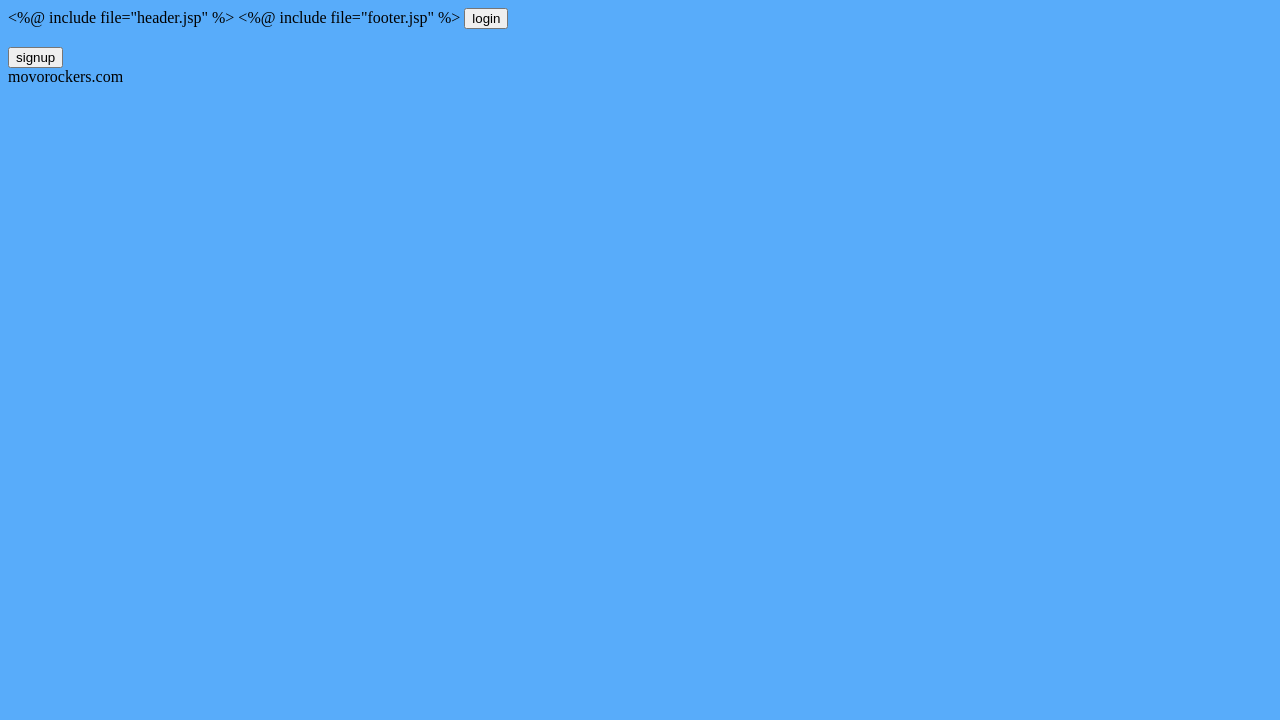
Repository: movitkr/testjava
Page: Properloginpage/WebContent/welcome.html
The author's editor kept a copy of each file at every save. The page is drawn from the files as they stood at one save, then again after the next save.
The browser window is 1280 px wide. The pictures show the whole page.

Above is the page before, as saved 2016-02-05 11:25:12.

After the next save:
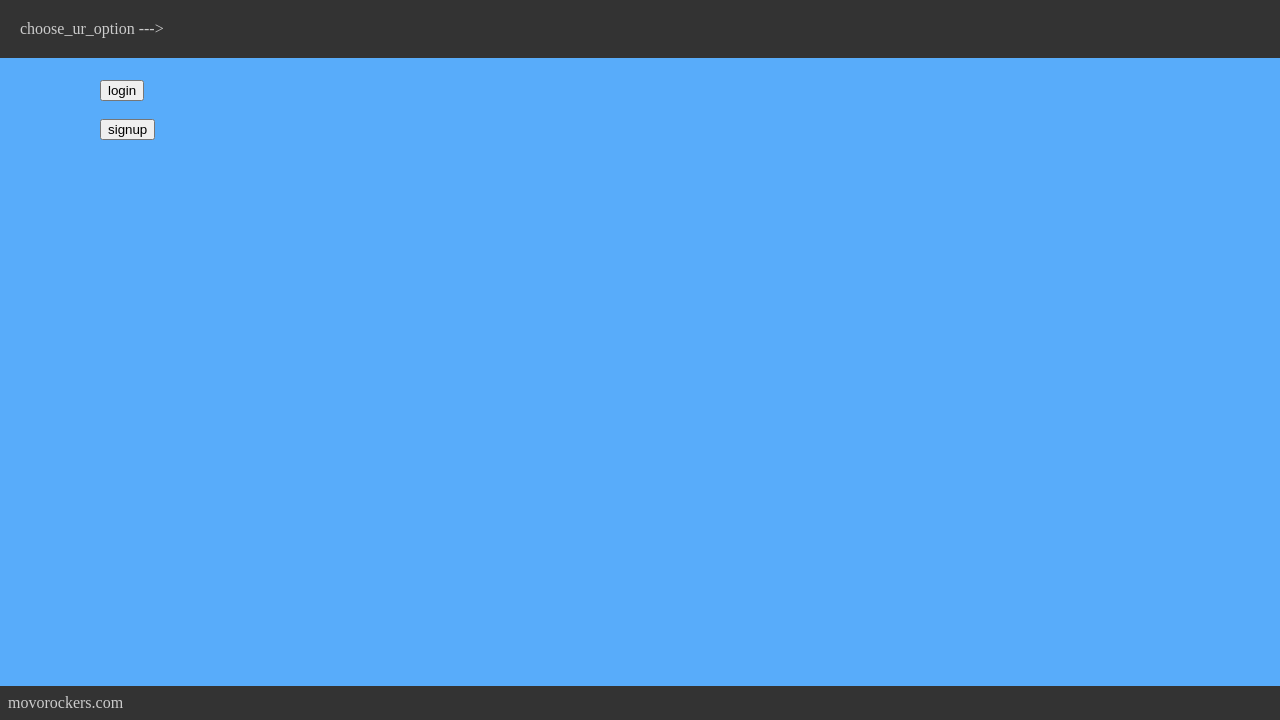
Saved 6 s later.
--- a/Properloginpage/WebContent/welcome.html
+++ b/Properloginpage/WebContent/welcome.html
@@ -1,11 +1,35 @@
 <!DOCTYPE html>
 <html>
 <head>
+<meta charset="ISO-8859-1">
+<title>choose_ur_option</title>
+<style type="text/css">body {
+	margin:80px 80px 100px 100px;
+}
+ div#fixedheader {
+	position:fixed;
+	top:0px;
+	left:0px;
+	width:100%;
+	color:#CCC;
+	background:#333;
+	padding:20px;
+}
+div#fixedfooter {
+	position:fixed;
+	bottom:0px;
+	left:0px;
+	width:100%;
+	color:#CCC;
+	background:#333;
+	padding:8px;
+}
+</style>
 
 </head>
 <body bgcolor="#58ACFA">
-<%@ include file="header.jsp" %>
-<%@ include file="footer.jsp" %>
+<div id="fixedheader">choose_ur_option ---></div>
+
 <input type="submit" value="login" onclick="document.location.href ='login.html'"><br><br>
 <input type="submit" value="signup" onclick="document.location.href ='signup.html'">
 <div id="fixedfooter">movorockers.com</div>
